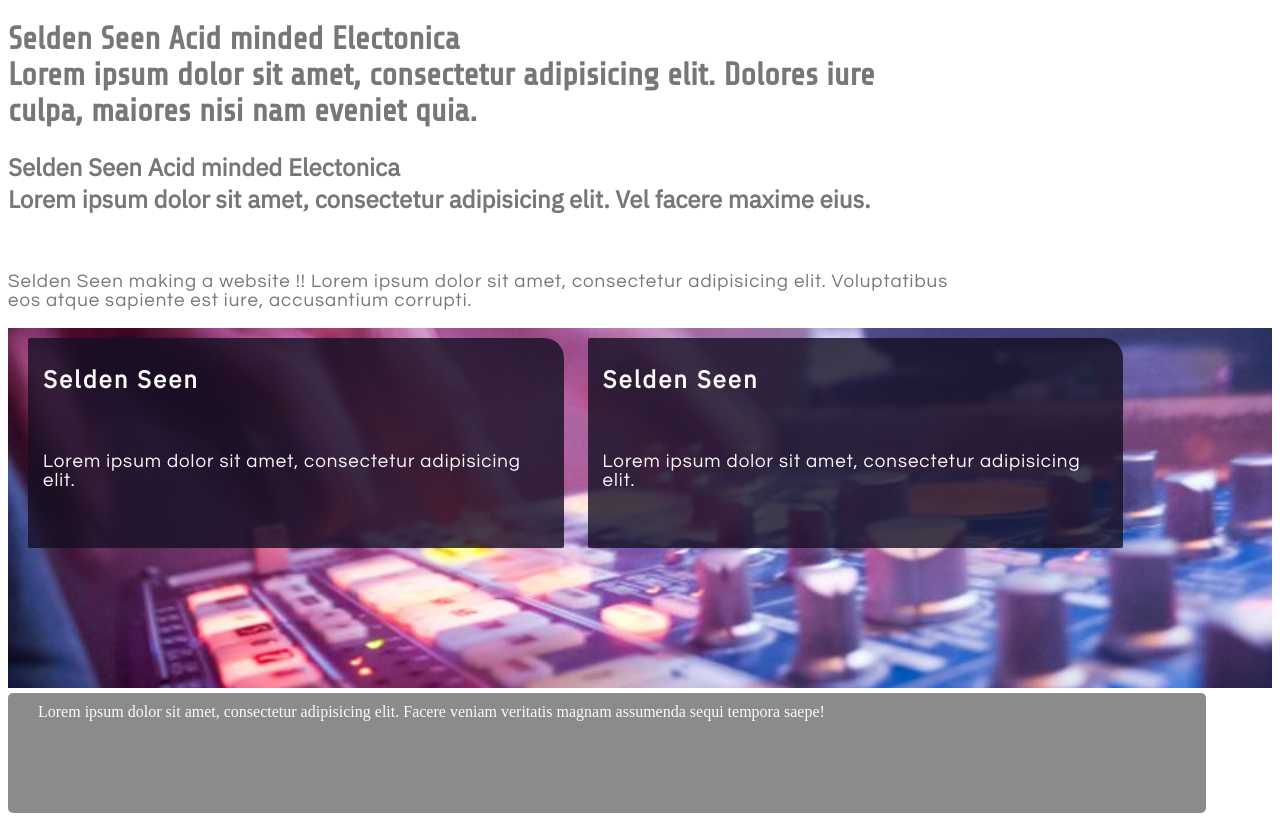
Repository: josvelema/milestone
Page: index.html
The author's editor kept a record of every edit. The page is drawn from the files as they stood at one moment, then again after the next edit.
The browser window is 1280 px wide. The pictures show the whole page.
Backgrounds fixed to the window are drawn as part of the page.

Above is the page before.

After the next edit:
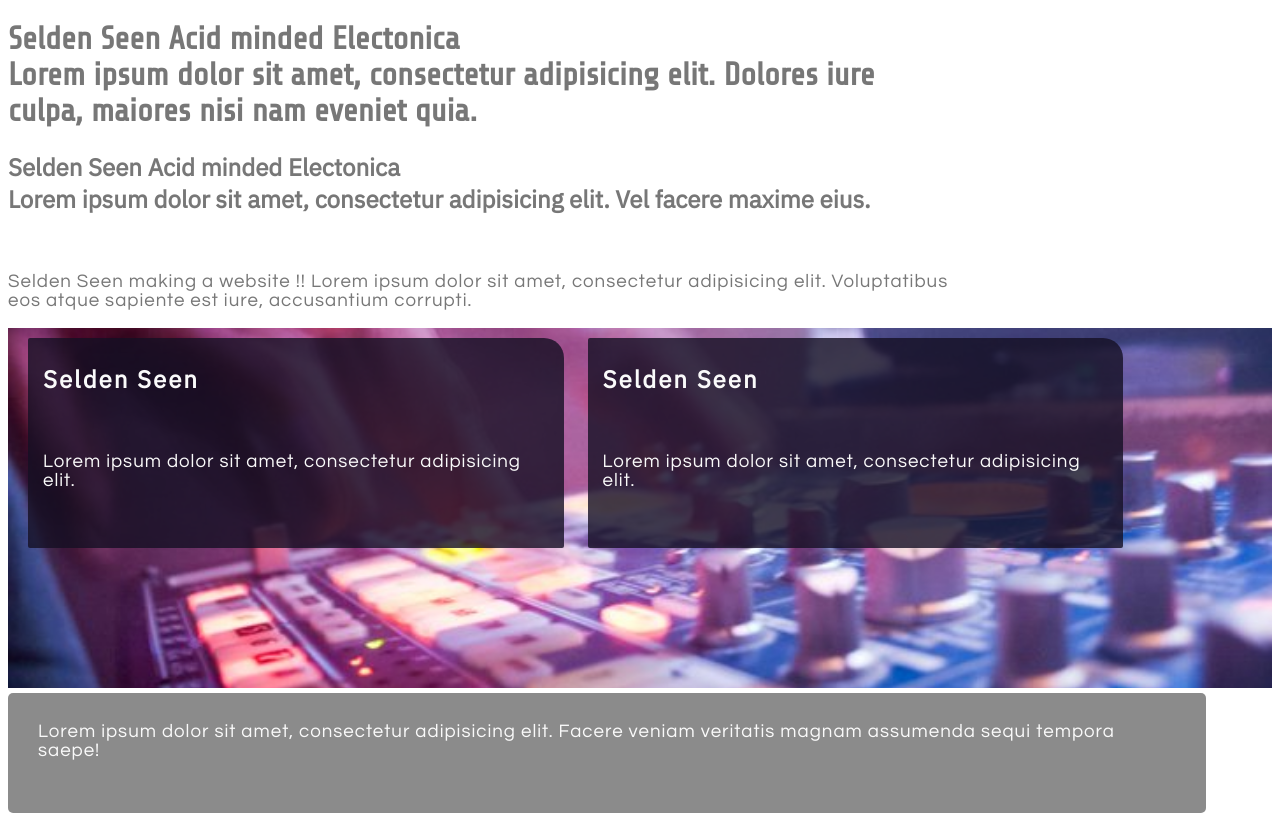
The edit:
--- a/index.html
+++ b/index.html
@@ -38,7 +38,7 @@
     </section>
     <br>
     <footer>
-    <div class="foot">Lorem ipsum dolor sit amet, consectetur adipisicing elit. Facere veniam veritatis magnam assumenda sequi tempora saepe!</div>
+    <div class="foot"><h3>Lorem ipsum dolor sit amet, consectetur adipisicing elit. Facere veniam veritatis magnam assumenda sequi tempora saepe!</h3></div>
     </footer>
 </body>
 
